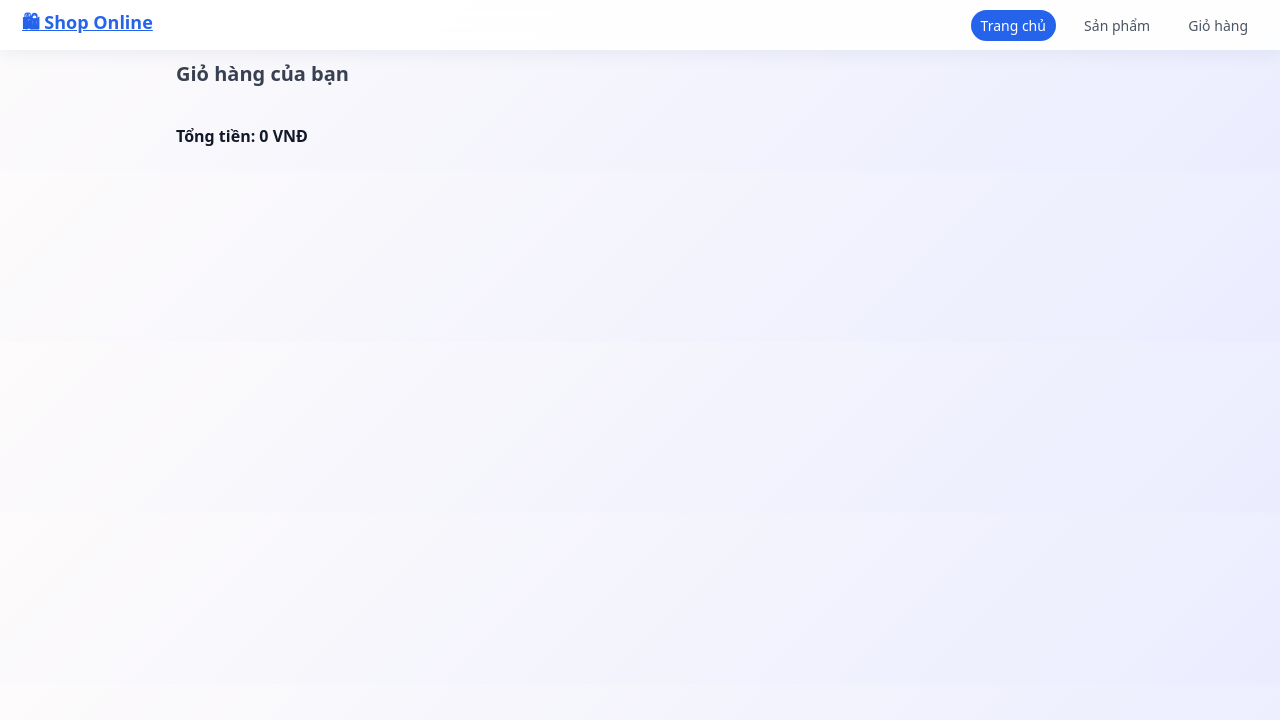
Repository: sapiens04/myshop_feuser
Page: cart.html
An editor plug-in stored every save of this project. The page is shown before and after the next save, followed by the edit.
The browser window is 1280 px wide. The pictures show the whole page.

Above is the page before, as saved 2025-11-18 17:55:20.

After the next save:
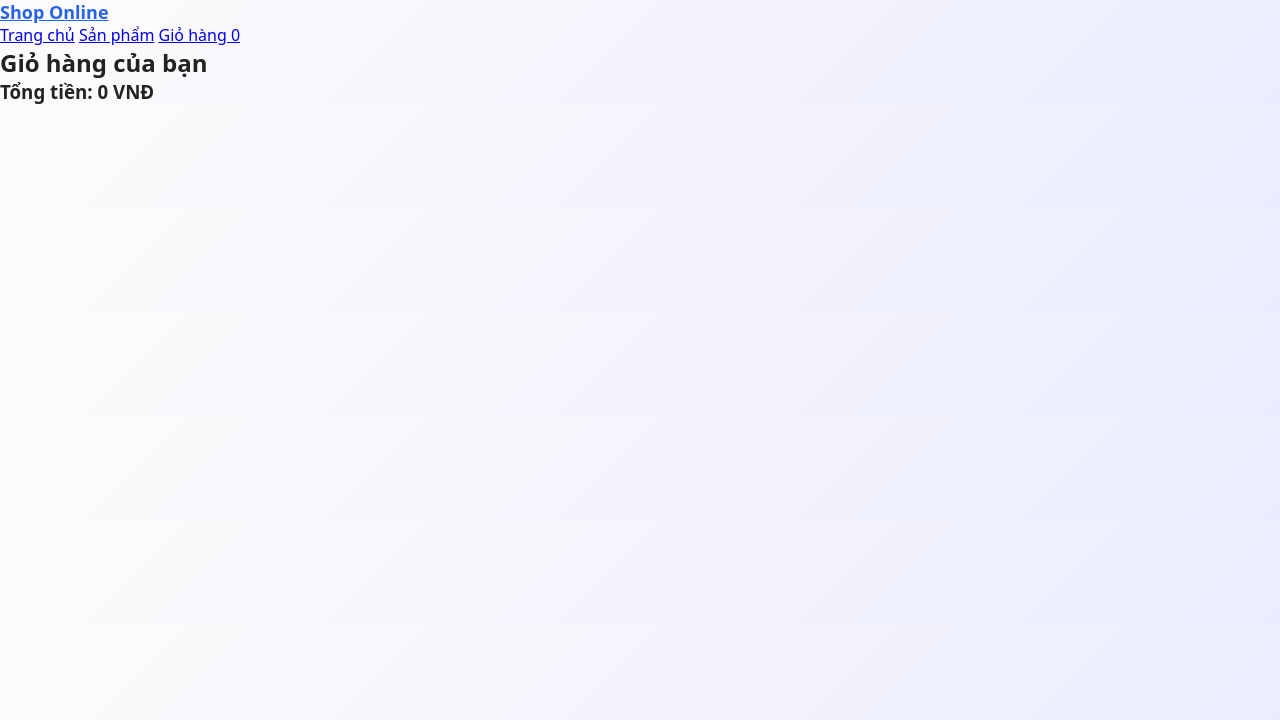
Saved 8 min 1 s later.
--- a/cart.html
+++ b/cart.html
@@ -3,33 +3,34 @@
 <head>
     <meta charset="UTF-8">
     <title>Giỏ hàng</title>
-   <link rel="stylesheet" href="src/css/user.css">
+    <link rel="stylesheet" href="./css/user.css">
 </head>
+
 <body>
+<header>
+    <a class="logo" href="index.html">Shop Online</a>
 
-<header class="navbar">
-    <a href="index.html"
-    <div class="logo">🛍 Shop Online</div>
-</a>
-     <nav>
-    <a href="index.html" class="active">Trang chủ</a>
-    <a href="products.html">Sản phẩm</a>
-    <a href="cart.html">
-        Giỏ hàng
-        <span class="cart-badge cart-count"></span>
-    </a>
-</nav>
+    <nav>
+        <a href="index.html">Trang chủ</a>
+        <a href="products.html">Sản phẩm</a>
 
+        <a href="cart.html" class="cart-link">
+            Giỏ hàng <span id="cart-count" class="badge">0</span>
+        </a>
+    </nav>
 </header>
 
-<h2 class="section-title">Giỏ hàng của bạn</h2>
+<div class="container">
+    <h2>Giỏ hàng của bạn</h2>
 
-<div id="cartList" class="cart-container"></div>
+    <!-- LIST GIỎ HÀNG -->
+    <div id="cartList"></div>
 
-<h3 id="totalPrice" class="total"></h3>
+    <!-- TỔNG TIỀN -->
+    <h3 id="totalPrice"></h3>
+</div>
 
 <script src="src/js/cart_badge.js"></script>
 <script src="src/js/cart.js"></script>
-
 </body>
 </html>

After the 2 saves that followed:
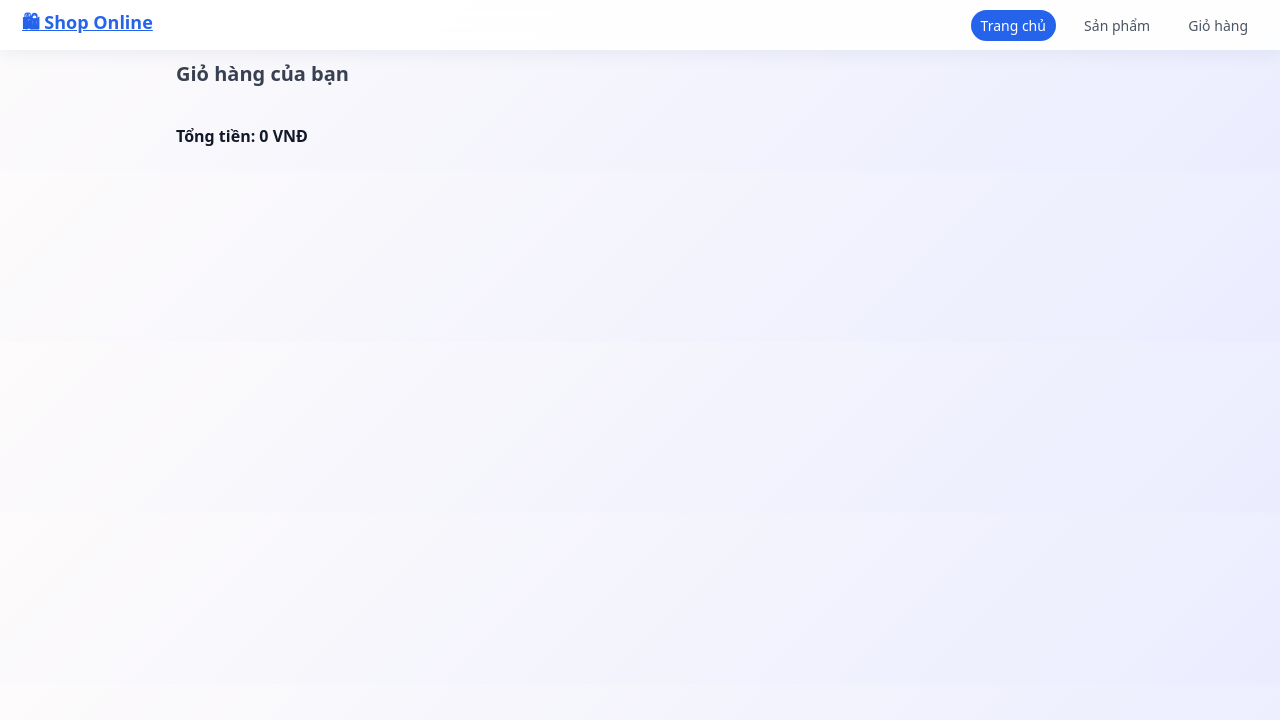
The 2 saves are shown as one change because 1 left the picture as it was.
The last was saved 82 s later.
--- a/cart.html
+++ b/cart.html
@@ -3,34 +3,33 @@
 <head>
     <meta charset="UTF-8">
     <title>Giỏ hàng</title>
-    <link rel="stylesheet" href="./css/user.css">
+   <link rel="stylesheet" href="src/css/user.css">
 </head>
+<body>
 
-<body>
-<header>
-    <a class="logo" href="index.html">Shop Online</a>
+<header class="navbar">
+    <a href="index.html"
+    <div class="logo">🛍 Shop Online</div>
+</a>
+     <nav>
+    <a href="index.html" class="active">Trang chủ</a>
+    <a href="products.html">Sản phẩm</a>
+    <a href="src/cart.html">
+        Giỏ hàng
+        <span class="cart-badge cart-count"></span>
+    </a>
+</nav>
 
-    <nav>
-        <a href="index.html">Trang chủ</a>
-        <a href="products.html">Sản phẩm</a>
-
-        <a href="cart.html" class="cart-link">
-            Giỏ hàng <span id="cart-count" class="badge">0</span>
-        </a>
-    </nav>
 </header>
 
-<div class="container">
-    <h2>Giỏ hàng của bạn</h2>
+<h2 class="section-title">Giỏ hàng của bạn</h2>
 
-    <!-- LIST GIỎ HÀNG -->
-    <div id="cartList"></div>
+<div id="cartList" class="cart-container"></div>
 
-    <!-- TỔNG TIỀN -->
-    <h3 id="totalPrice"></h3>
-</div>
+<h3 id="totalPrice" class="total"></h3>
 
 <script src="src/js/cart_badge.js"></script>
 <script src="src/js/cart.js"></script>
+
 </body>
 </html>
